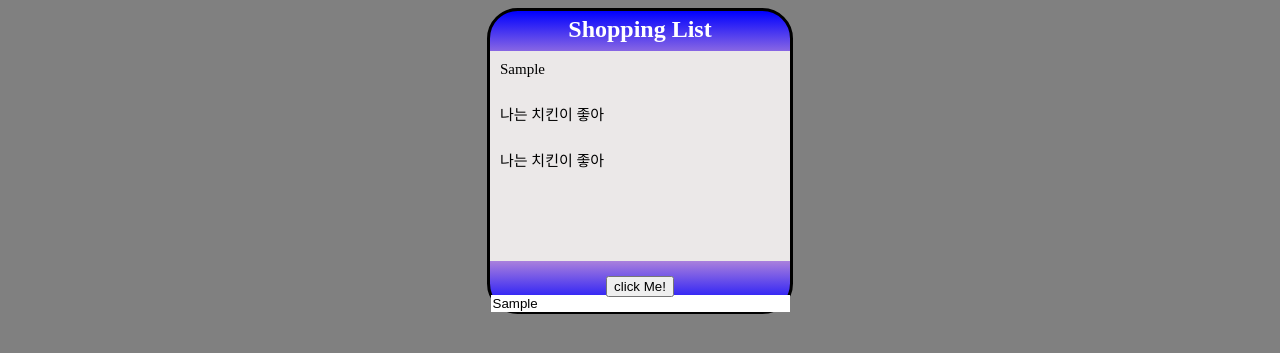
Repository: DevMinwoo-Jung/JavaScript101
Page: WebApIs/shoppingApp/index.html
An editor plug-in stored every save of this project. The page is shown before and after the next save, followed by the edit.
The browser window is 1280 px wide. The pictures show the whole page.
Empty fields were first filled with sample values (such as "Sample", 5 or name@example.com).
After loading, the first visible `button.addItem` was clicked once.

Above is the page before, as saved 2021-06-14 12:02:31.

### WebApIs/shoppingApp/index.html
<!DOCTYPE html>
<html lang="en">
<head>
  <meta charset="UTF-8">
  <meta http-equiv="X-UA-Compatible" content="IE=edge">
  <meta name="viewport" content="width=device-width, initial-scale=1.0">
  <title>Document</title>
</head>
<link rel="stylesheet" href="style.css" />
<body>
  <div class="list__div">
    <div class="list__div__top">
      <h2>Shopping List</h2>
    </div>
    <div class="item__list">
      <p>나는 치킨이 좋아</p>
      <p>나는 치킨이 좋아</p>
      <input class="input__box" type="text">
    </div>
    <div class="button__div">
      <button class="addItem">click Me!</button>
    </div>
  </div>
</body>
<script src="main.js" defer></script>
</html>

### WebApIs/shoppingApp/style.css
:root {
  --topAndBottom-height: 20px;
  --background-color: rgb(235, 232, 232);
}

body {
  background-color: grey;
}

.list__div {
  margin: auto;
  display: block;
  height: 300px;
  text-align: center;
  border: solid;
  position: relative;
  width: 300px;
  border-radius: 10%;
  background: linear-gradient(blue, pink, 50%, pink, blue);
}

.list__div__top {
  height: var(--topAndBottom-height);
}

.list__div__top h2 {
  margin: 5px;
  color: white;
}

.item__list {
  height: 210px;
  background-color: var(--background-color);
}

.item__list p {
  text-align: left;
  padding-left: 10px;
  padding-top: 10px;
  font-size: 15px;
  margin-bottom: 5px;
}

.item__list__input {
  bottom: 10px;
}

.button__div .addItem {
  margin-top: 15px;
}

input {
  width: 295px;
  border: 0px;
  margin-top: 120px;
}

.input__box {
}

### WebApIs/shoppingApp/main.js
const addButton = document.querySelector('.addItem');
const inputBox = document.querySelector('.input__box');
let inputValue = document.querySelector('.input__box');
const newP =

inputBox.addEventListener('keyup', (e) => {
  if(e.key == 'Enter'){
   console.log(inputValue.value);
    inputValue.value = '';
  };

});

addButton.addEventListener('click', () => {
  let newP = document.createElement("p");
  let newContent = document.createTextNode(inputValue.value);
  let currentP = document.querySelector('.item__list p');

  newP.appendChild(newContent);
  currentP.parentNode.insertBefore(newP, currentP);
  // console.log(inputValue.value);
  // console.log(currentP);
  // console.log(newP.appendChild(newContent));
  // currentP.insertBefore(newP, currentP);

  inputValue = '';
});

After the next save:
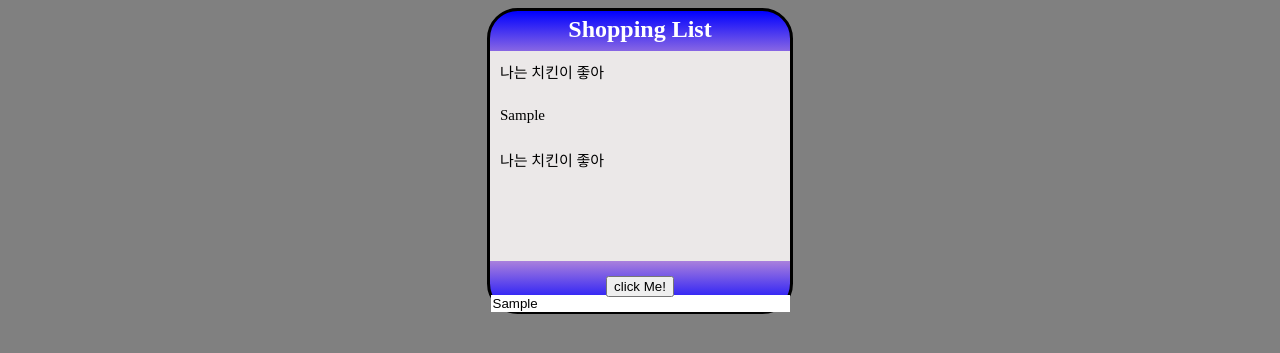
Saved 43 s later.
--- a/WebApIs/shoppingApp/main.js
+++ b/WebApIs/shoppingApp/main.js
@@ -17,7 +17,7 @@ addButton.addEventListener('click', () => {
   let currentP = document.querySelector('.item__list p');
 
   newP.appendChild(newContent);
-  currentP.parentNode.insertBefore(newP, currentP);
+  currentP.parentNode.insertBefore(newP, currentP.nextSibling);
   // console.log(inputValue.value);
   // console.log(currentP);
   // console.log(newP.appendChild(newContent));
